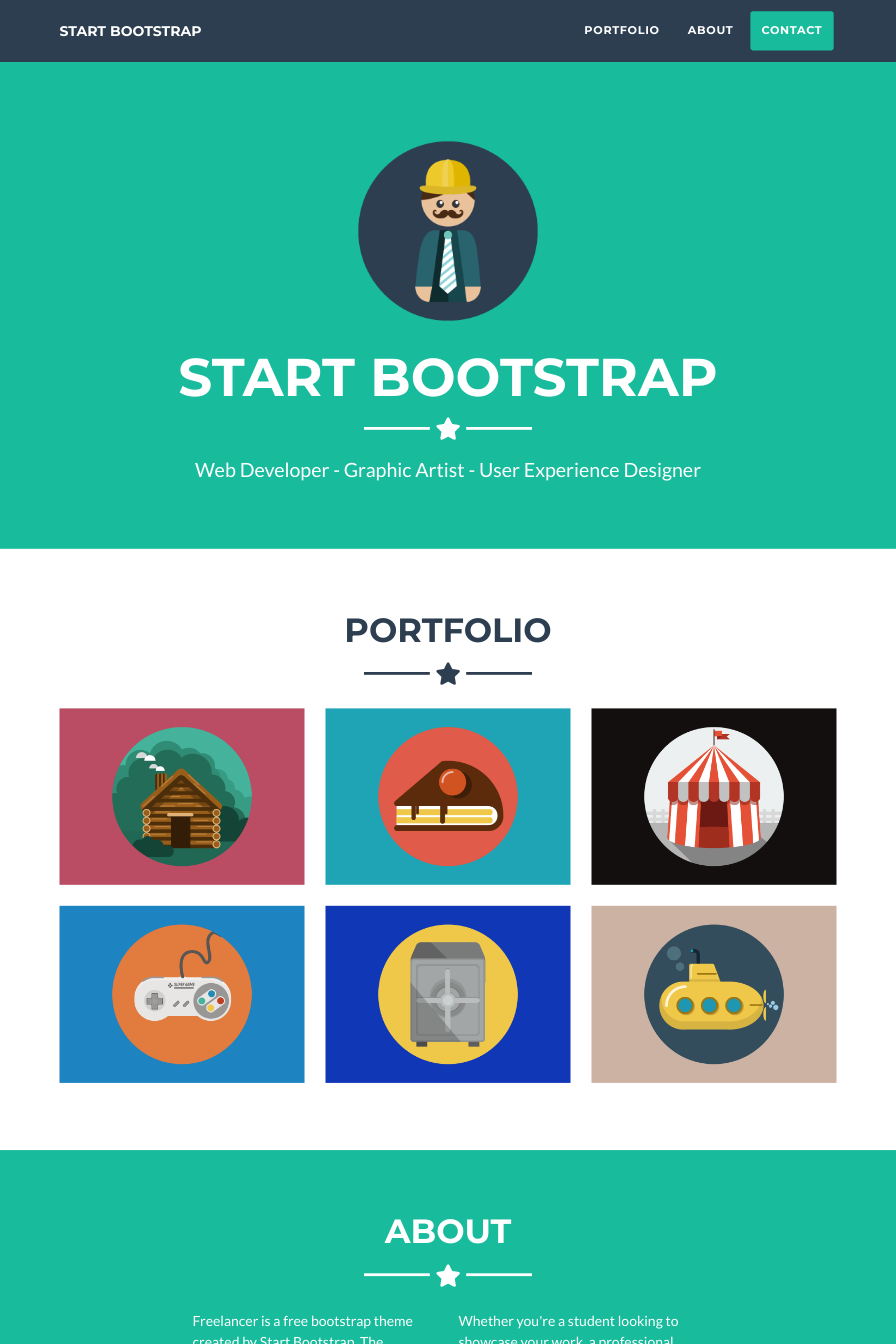
Repository: SabitDeepto/portfolio
Page: index.html
The author's editor kept a copy of each file at every save. The page is drawn from the files as they stood at one save, then again after the next save.
The browser window is 1280 px wide. The pictures show the part of the page from y = 0 to 1920 px (the page is 3596 px tall), at 70% of full size.

Above is the page before, as saved 2019-03-26 12:15:29.

### index.html
<!DOCTYPE html>
<html lang="en">

<head>

  <meta charset="utf-8">
  <meta name="viewport" content="width=device-width, initial-scale=1, shrink-to-fit=no">
  <meta name="description" content="">
  <meta name="author" content="">

  <title>Freelancer - Start Bootstrap Theme</title>

  <!-- Bootstrap core CSS -->
  <link href="vendor/bootstrap/css/bootstrap.min.css" rel="stylesheet">

  <!-- Custom fonts for this template -->
  <link href="vendor/fontawesome-free/css/all.min.css" rel="stylesheet" type="text/css">
  <link href="https://fonts.googleapis.com/css?family=Montserrat:400,700" rel="stylesheet" type="text/css">
  <link href="https://fonts.googleapis.com/css?family=Lato:400,700,400italic,700italic" rel="stylesheet" type="text/css">

  <!-- Plugin CSS -->
  <link href="vendor/magnific-popup/magnific-popup.css" rel="stylesheet" type="text/css">

  <!-- Custom styles for this template -->
  <link href="css/freelancer.min.css" rel="stylesheet">

</head>

<body id="page-top">

  <!-- Navigation -->
  <nav class="navbar navbar-expand-lg bg-secondary fixed-top text-uppercase" id="mainNav">
    <div class="container">
      <a class="navbar-brand js-scroll-trigger" href="#page-top">Start Bootstrap</a>
      <button class="navbar-toggler navbar-toggler-right text-uppercase bg-primary text-white rounded" type="button" data-toggle="collapse" data-target="#navbarResponsive" aria-controls="navbarResponsive" aria-expanded="false" aria-label="Toggle navigation">
        Menu
        <i class="fas fa-bars"></i>
      </button>
      <div class="collapse navbar-collapse" id="navbarResponsive">
        <ul class="navbar-nav ml-auto">
          <li class="nav-item mx-0 mx-lg-1">
            <a class="nav-link py-3 px-0 px-lg-3 rounded js-scroll-trigger" href="#portfolio">Portfolio</a>
          </li>
          <li class="nav-item mx-0 mx-lg-1">
            <a class="nav-link py-3 px-0 px-lg-3 rounded js-scroll-trigger" href="#about">About</a>
          </li>
          <li class="nav-item mx-0 mx-lg-1">
            <a class="nav-link py-3 px-0 px-lg-3 rounded js-scroll-trigger" href="#contact">Contact</a>
          </li>
        </ul>
      </div>
    </div>
  </nav>

  <!-- Header -->
  <header class="masthead bg-primary text-white text-center">
    <div class="container">
      <img class="img-fluid mb-5 d-block mx-auto" src="img/profile.png" alt="">
      <h1 class="text-uppercase mb-0">Start Bootstrap</h1>
      <hr class="star-light">
      <h2 class="font-weight-light mb-0">Web Developer - Graphic Artist - User Experience Designer</h2>
    </div>
  </header>

  <!-- Portfolio Grid Section -->
  <section class="portfolio" id="portfolio">
    <div class="container">
      <h2 class="text-center text-uppercase text-secondary mb-0">Portfolio</h2>
      <hr class="star-dark mb-5">
      <div class="row">
        <div class="col-md-6 col-lg-4">
          <a class="portfolio-item d-block mx-auto" href="#portfolio-modal-1">
            <div class="portfolio-item-caption d-flex position-absolute h-100 w-100">
              <div class="portfolio-item-caption-content my-auto w-100 text-center text-white">
                <i class="fas fa-search-plus fa-3x"></i>
              </div>
            </div>
            <img class="img-fluid" src="img/portfolio/cabin.png" alt="">
          </a>
        </div>
        <div class="col-md-6 col-lg-4">
          <a class="portfolio-item d-block mx-auto" href="#portfolio-modal-2">
            <div class="portfolio-item-caption d-flex position-absolute h-100 w-100">
              <div class="portfolio-item-caption-content my-auto w-100 text-center text-white">
                <i class="fas fa-search-plus fa-3x"></i>
              </div>
            </div>
            <img class="img-fluid" src="img/portfolio/cake.png" alt="">
          </a>
        </div>
        <div class="col-md-6 col-lg-4">
          <a class="portfolio-item d-block mx-auto" href="#portfolio-modal-3">
            <div class="portfolio-item-caption d-flex position-absolute h-100 w-100">
              <div class="portfolio-item-caption-content my-auto w-100 text-center text-white">
                <i class="fas fa-search-plus fa-3x"></i>
              </div>
            </div>
            <img class="img-fluid" src="img/portfolio/circus.png" alt="">
          </a>
        </div>
        <div class="col-md-6 col-lg-4">
          <a class="portfolio-item d-block mx-auto" href="#portfolio-modal-4">
            <div class="portfolio-item-caption d-flex position-absolute h-100 w-100">
              <div class="portfolio-item-caption-content my-auto w-100 text-center text-white">
                <i class="fas fa-search-plus fa-3x"></i>
              </div>
            </div>
            <img class="img-fluid" src="img/portfolio/game.png" alt="">
          </a>
        </div>
        <div class="col-md-6 col-lg-4">
          <a class="portfolio-item d-block mx-auto" href="#portfolio-modal-5">
            <div class="portfolio-item-caption d-flex position-absolute h-100 w-100">
              <div class="portfolio-item-caption-content my-auto w-100 text-center text-white">
                <i class="fas fa-search-plus fa-3x"></i>
              </div>
            </div>
            <img class="img-fluid" src="img/portfolio/safe.png" alt="">
          </a>
        </div>
        <div class="col-md-6 col-lg-4">
          <a class="portfolio-item d-block mx-auto" href="#portfolio-modal-6">
            <div class="portfolio-item-caption d-flex position-absolute h-100 w-100">
              <div class="portfolio-item-caption-content my-auto w-100 text-center text-white">
                <i class="fas fa-search-plus fa-3x"></i>
              </div>
            </div>
            <img class="img-fluid" src="img/portfolio/submarine.png" alt="">
          </a>
        </div>
      </div>
    </div>
  </section>

  <!-- About Section -->
  <section class="bg-primary text-white mb-0" id="about">
    <div class="container">
      <h2 class="text-center text-uppercase text-white">About</h2>
      <hr class="star-light mb-5">
      <div class="row">
        <div class="col-lg-4 ml-auto">
          <p class="lead">Freelancer is a free bootstrap theme created by Start Bootstrap. The download includes the complete source files including HTML, CSS, and JavaScript as well as optional LESS stylesheets for easy customization.</p>
        </div>
        <div class="col-lg-4 mr-auto">
          <p class="lead">Whether you're a student looking to showcase your work, a professional looking to attract clients, or a graphic artist looking to share your projects, this template is the perfect starting point!</p>
        </div>
      </div>
      <div class="text-center mt-4">
        <a class="btn btn-xl btn-outline-light" href="#">
          <i class="fas fa-download mr-2"></i>
          Download Now!
        </a>
      </div>
    </div>
  </section>

  <!-- Contact Section -->
  <section id="contact">
    <div class="container">
      <h2 class="text-center text-uppercase text-secondary mb-0">Contact Me</h2>
      <hr class="star-dark mb-5">
      <div class="row">
        <div class="col-lg-8 mx-auto">
          <!-- To configure the contact form email address, go to mail/contact_me.php and update the email address in the PHP file on line 19. -->
          <!-- The form should work on most web servers, but if the form is not working you may need to configure your web server differently. -->
          <form name="sentMessage" id="contactForm" novalidate="novalidate">
            <div class="control-group">
              <div class="form-group floating-label-form-group controls mb-0 pb-2">
                <label>Name</label>
                <input class="form-control" id="name" type="text" placeholder="Name" required="required" data-validation-required-message="Please enter your name.">
                <p class="help-block text-danger"></p>
              </div>
            </div>
            <div class="control-group">
              <div class="form-group floating-label-form-group controls mb-0 pb-2">
                <label>Email Address</label>
                <input class="form-control" id="email" type="email" placeholder="Email Address" required="required" data-validation-required-message="Please enter your email address.">
                <p class="help-block text-danger"></p>
              </div>
            </div>
            <div class="control-group">
              <div class="form-group floating-label-form-group controls mb-0 pb-2">
                <label>Phone Number</label>
                <input class="form-control" id="phone" type="tel" placeholder="Phone Number" required="required" data-validation-required-message="Please enter your phone number.">
                <p class="help-block text-danger"></p>
              </div>
            </div>
            <div class="control-group">
              <div class="form-group floating-label-form-group controls mb-0 pb-2">
                <label>Message</label>
                <textarea class="form-control" id="message" rows="5" placeholder="Message" required="required" data-validation-required-message="Please enter a message."></textarea>
                <p class="help-block text-danger"></p>
              </div>
            </div>
            <br>
            <div id="success"></div>
            <div class="form-group">
              <button type="submit" class="btn btn-primary btn-xl" id="sendMessageButton">Send</button>
            </div>
          </form>
        </div>
      </div>
    </div>
  </section>

  <!-- Footer -->
  <footer class="footer text-center">
    <div class="container">
      <div class="row">
        <div class="col-md-4 mb-5 mb-lg-0">
          <h4 class="text-uppercase mb-4">Location</h4>
          <p class="lead mb-0">2215 John Daniel Drive
            <br>Clark, MO 65243</p>
        </div>
        <div class="col-md-4 mb-5 mb-lg-0">
          <h4 class="text-uppercase mb-4">Around the Web</h4>
          <ul class="list-inline mb-0">
            <li class="list-inline-item">
              <a class="btn btn-outline-light btn-social text-center rounded-circle" href="#">
                <i class="fab fa-fw fa-facebook-f"></i>
              </a>
            </li>
            <li class="list-inline-item">
              <a class="btn btn-outline-light btn-social text-center rounded-circle" href="#">
                <i class="fab fa-fw fa-google-plus-g"></i>
              </a>
            </li>
            <li class="list-inline-item">
              <a class="btn btn-outline-light btn-social text-center rounded-circle" href="#">
                <i class="fab fa-fw fa-twitter"></i>
              </a>
            </li>
            <li class="list-inline-item">
              <a class="btn btn-outline-light btn-social text-center rounded-circle" href="#">
                <i class="fab fa-fw fa-linkedin-in"></i>
              </a>
            </li>
            <li class="list-inline-item">
              <a class="btn btn-outline-light btn-social text-center rounded-circle" href="#">
                <i class="fab fa-fw fa-dribbble"></i>
              </a>
            </li>
          </ul>
        </div>
        <div class="col-md-4">
          <h4 class="text-uppercase mb-4">About Freelancer</h4>
          <p class="lead mb-0">Freelance is a free to use, open source Bootstrap theme created by
            <a href="http://startbootstrap.com">Start Bootstrap</a>.</p>
        </div>
      </div>
    </div>
  </footer>

  <div class="copyright py-4 text-center text-white">
    <div class="container">
      <small>Copyright &copy; Your Website 2019</small>
    </div>
  </div>

  <!-- Scroll to Top Button (Only visible on small and extra-small screen sizes) -->
  <div class="scroll-to-top d-lg-none position-fixed ">
    <a class="js-scroll-trigger d-block text-center text-white rounded" href="#page-top">
      <i class="fa fa-chevron-up"></i>
    </a>
  </div>

  <!-- Portfolio Modals -->

  <!-- Portfolio Modal 1 -->
  <div class="portfolio-modal mfp-hide" id="portfolio-modal-1">
    <div class="portfolio-modal-dialog bg-white">
      <a class="close-button d-none d-md-block portfolio-modal-dismiss" href="#">
        <i class="fa fa-3x fa-times"></i>
      </a>
      <div class="container text-center">
        <div class="row">
          <div class="col-lg-8 mx-auto">
            <h2 class="text-secondary text-uppercase mb-0">Project Name</h2>
            <hr class="star-dark mb-5">
            <img class="img-fluid mb-5" src="img/portfolio/cabin.png" alt="">
            <p class="mb-5">Lorem ipsum dolor sit amet, consectetur adipisicing elit. Mollitia neque assumenda ipsam nihil, molestias magnam, recusandae quos quis inventore quisquam velit asperiores, vitae? Reprehenderit soluta, eos quod consequuntur itaque. Nam.</p>
            <a class="btn btn-primary btn-lg rounded-pill portfolio-modal-dismiss" href="#">
              <i class="fa fa-close"></i>
              Close Project</a>
          </div>
        </div>
      </div>
    </div>
  </div>

  <!-- Portfolio Modal 2 -->
  <div class="portfolio-modal mfp-hide" id="portfolio-modal-2">
    <div class="portfolio-modal-dialog bg-white">
      <a class="close-button d-none d-md-block portfolio-modal-dismiss" href="#">
        <i class="fa fa-3x fa-times"></i>
      </a>
      <div class="container text-center">
        <div class="row">
          <div class="col-lg-8 mx-auto">
            <h2 class="text-secondary text-uppercase mb-0">Project Name</h2>
            <hr class="star-dark mb-5">
            <img class="img-fluid mb-5" src="img/portfolio/cake.png" alt="">
            <p class="mb-5">Lorem ipsum dolor sit amet, consectetur adipisicing elit. Mollitia neque assumenda ipsam nihil, molestias magnam, recusandae quos quis inventore quisquam velit asperiores, vitae? Reprehenderit soluta, eos quod consequuntur itaque. Nam.</p>
            <a class="btn btn-primary btn-lg rounded-pill portfolio-modal-dismiss" href="#">
              <i class="fa fa-close"></i>
              Close Project</a>
          </div>
        </div>
      </div>
    </div>
  </div>

  <!-- Portfolio Modal 3 -->
  <div class="portfolio-modal mfp-hide" id="portfolio-modal-3">
    <div class="portfolio-modal-dialog bg-white">
      <a class="close-button d-none d-md-block portfolio-modal-dismiss" href="#">
        <i class="fa fa-3x fa-times"></i>
      </a>
      <div class="container text-center">
        <div class="row">
          <div class="col-lg-8 mx-auto">
            <h2 class="text-secondary text-uppercase mb-0">Project Name</h2>
            <hr class="star-dark mb-5">
            <img class="img-fluid mb-5" src="img/portfolio/circus.png" alt="">
            <p class="mb-5">Lorem ipsum dolor sit amet, consectetur adipisicing elit. Mollitia neque assumenda ipsam nihil, molestias magnam, recusandae quos quis inventore quisquam velit asperiores, vitae? Reprehenderit soluta, eos quod consequuntur itaque. Nam.</p>
            <a class="btn btn-primary btn-lg rounded-pill portfolio-modal-dismiss" href="#">
              <i class="fa fa-close"></i>
              Close Project</a>
          </div>
        </div>
      </div>
    </div>
  </div>

  <!-- Portfolio Modal 4 -->
  <div class="portfolio-modal mfp-hide" id="portfolio-modal-4">
    <div class="portfolio-modal-dialog bg-white">
      <a class="close-button d-none d-md-block portfolio-modal-dismiss" href="#">
        <i class="fa fa-3x fa-times"></i>
      </a>
      <div class="container text-center">
        <div class="row">
          <div class="col-lg-8 mx-auto">
            <h2 class="text-secondary text-uppercase mb-0">Project Name</h2>
            <hr class="star-dark mb-5">
            <img class="img-fluid mb-5" src="img/portfolio/game.png" alt="">
            <p class="mb-5">Lorem ipsum dolor sit amet, consectetur adipisicing elit. Mollitia neque assumenda ipsam nihil, molestias magnam, recusandae quos quis inventore quisquam velit asperiores, vitae? Reprehenderit soluta, eos quod consequuntur itaque. Nam.</p>
            <a class="btn btn-primary btn-lg rounded-pill portfolio-modal-dismiss" href="#">
              <i class="fa fa-close"></i>
              Close Project</a>
          </div>
        </div>
      </div>
    </div>
  </div>

  <!-- Portfolio Modal 5 -->
  <div class="portfolio-modal mfp-hide" id="portfolio-modal-5">
    <div class="portfolio-modal-dialog bg-white">
      <a class="close-button d-none d-md-block portfolio-modal-dismiss" href="#">
        <i class="fa fa-3x fa-times"></i>
      </a>
      <div class="container text-center">
        <div class="row">
          <div class="col-lg-8 mx-auto">
            <h2 class="text-secondary text-uppercase mb-0">Project Name</h2>
            <hr class="star-dark mb-5">
            <img class="img-fluid mb-5" src="img/portfolio/safe.png" alt="">
            <p class="mb-5">Lorem ipsum dolor sit amet, consectetur adipisicing elit. Mollitia neque assumenda ipsam nihil, molestias magnam, recusandae quos quis inventore quisquam velit asperiores, vitae? Reprehenderit soluta, eos quod consequuntur itaque. Nam.</p>
            <a class="btn btn-primary btn-lg rounded-pill portfolio-modal-dismiss" href="#">
              <i class="fa fa-close"></i>
              Close Project</a>
          </div>
        </div>
      </div>
    </div>
  </div>

  <!-- Portfolio Modal 6 -->
  <div class="portfolio-modal mfp-hide" id="portfolio-modal-6">
    <div class="portfolio-modal-dialog bg-white">
      <a class="close-button d-none d-md-block portfolio-modal-dismiss" href="#">
        <i class="fa fa-3x fa-times"></i>
      </a>
      <div class="container text-center">
        <div class="row">
          <div class="col-lg-8 mx-auto">
            <h2 class="text-secondary text-uppercase mb-0">Project Name</h2>
            <hr class="star-dark mb-5">
            <img class="img-fluid mb-5" src="img/portfolio/submarine.png" alt="">
            <p class="mb-5">Lorem ipsum dolor sit amet, consectetur adipisicing elit. Mollitia neque assumenda ipsam nihil, molestias magnam, recusandae quos quis inventore quisquam velit asperiores, vitae? Reprehenderit soluta, eos quod consequuntur itaque. Nam.</p>
            <a class="btn btn-primary btn-lg rounded-pill portfolio-modal-dismiss" href="#">
              <i class="fa fa-close"></i>
              Close Project</a>
          </div>
        </div>
      </div>
    </div>
  </div>

  <!-- Bootstrap core JavaScript -->
  <script src="vendor/jquery/jquery.min.js"></script>
  <script src="vendor/bootstrap/js/bootstrap.bundle.min.js"></script>

  <!-- Plugin JavaScript -->
  <script src="vendor/jquery-easing/jquery.easing.min.js"></script>
  <script src="vendor/magnific-popup/jquery.magnific-popup.min.js"></script>

  <!-- Contact Form JavaScript -->
  <script src="js/jqBootstrapValidation.js"></script>
  <script src="js/contact_me.js"></script>

  <!-- Custom scripts for this template -->
  <script src="js/freelancer.min.js"></script>

</body>

</html>

Loaded but not shown: vendor/bootstrap/css/bootstrap.min.css (library); vendor/fontawesome-free/css/all.min.css (library); vendor/magnific-popup/magnific-popup.css (library); css/freelancer.min.css (library); vendor/jquery/jquery.min.js (library); vendor/bootstrap/js/bootstrap.bundle.min.js (library); vendor/jquery-easing/jquery.easing.min.js (common file); vendor/magnific-popup/jquery.magnific-popup.min.js (library); js/freelancer.min.js (common file); js/jqBootstrapValidation.js (912 lines, source omitted); js/contact_me.js (75 lines, source omitted)

After the next save:
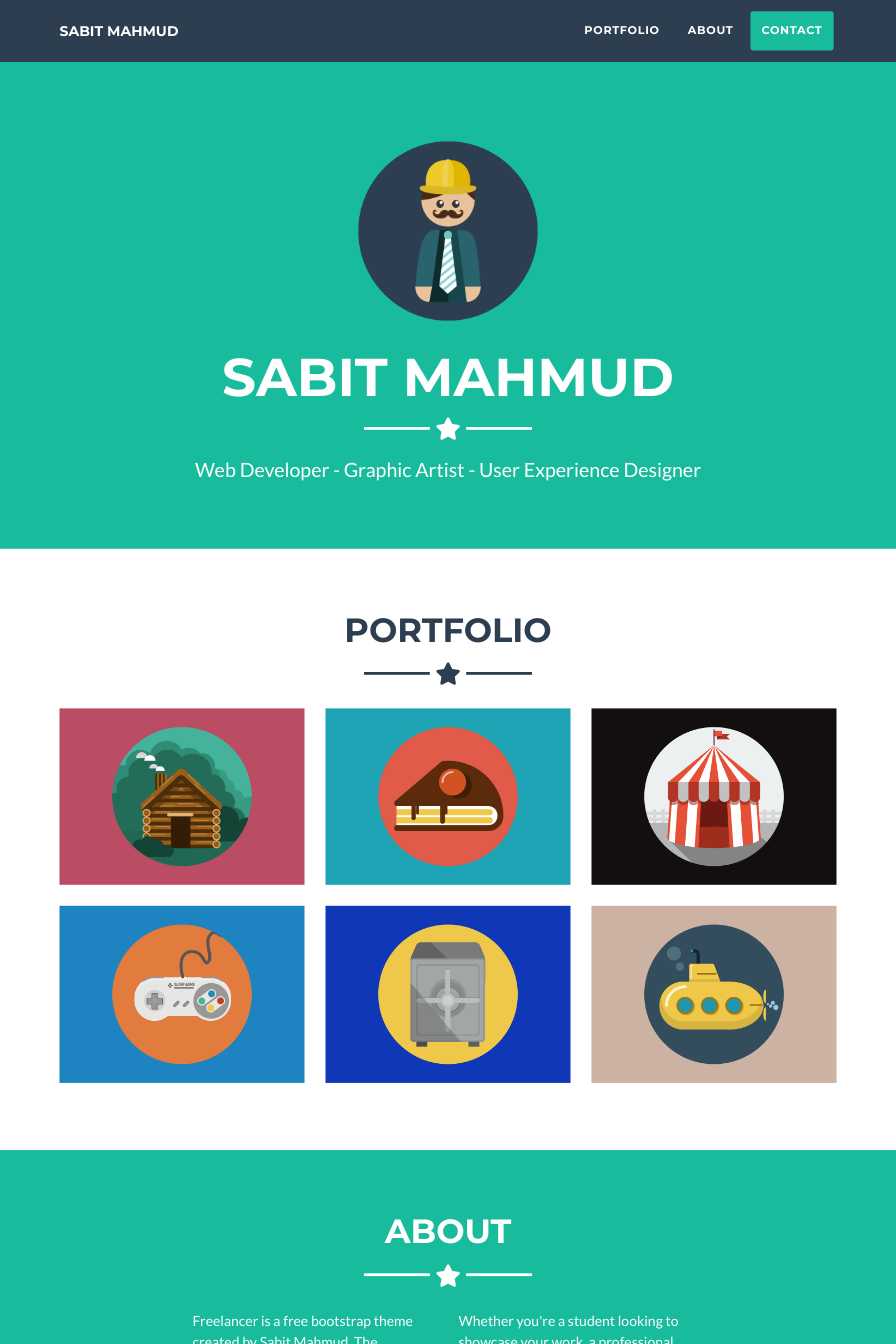
Saved 9 days later.
--- a/index.html
+++ b/index.html
@@ -8,7 +8,7 @@
   <meta name="description" content="">
   <meta name="author" content="">
 
-  <title>Freelancer - Start Bootstrap Theme</title>
+  <title>Sabit Mahmud</title>
 
   <!-- Bootstrap core CSS -->
   <link href="vendor/bootstrap/css/bootstrap.min.css" rel="stylesheet">
@@ -31,7 +31,7 @@
   <!-- Navigation -->
   <nav class="navbar navbar-expand-lg bg-secondary fixed-top text-uppercase" id="mainNav">
     <div class="container">
-      <a class="navbar-brand js-scroll-trigger" href="#page-top">Start Bootstrap</a>
+      <a class="navbar-brand js-scroll-trigger" href="#page-top">Sabit Mahmud</a>
       <button class="navbar-toggler navbar-toggler-right text-uppercase bg-primary text-white rounded" type="button" data-toggle="collapse" data-target="#navbarResponsive" aria-controls="navbarResponsive" aria-expanded="false" aria-label="Toggle navigation">
         Menu
         <i class="fas fa-bars"></i>
@@ -56,7 +56,7 @@
   <header class="masthead bg-primary text-white text-center">
     <div class="container">
       <img class="img-fluid mb-5 d-block mx-auto" src="img/profile.png" alt="">
-      <h1 class="text-uppercase mb-0">Start Bootstrap</h1>
+      <h1 class="text-uppercase mb-0">Sabit Mahmud</h1>
       <hr class="star-light">
       <h2 class="font-weight-light mb-0">Web Developer - Graphic Artist - User Experience Designer</h2>
     </div>
@@ -139,7 +139,7 @@
       <hr class="star-light mb-5">
       <div class="row">
         <div class="col-lg-4 ml-auto">
-          <p class="lead">Freelancer is a free bootstrap theme created by Start Bootstrap. The download includes the complete source files including HTML, CSS, and JavaScript as well as optional LESS stylesheets for easy customization.</p>
+          <p class="lead">Freelancer is a free bootstrap theme created by Sabit Mahmud. The download includes the complete source files including HTML, CSS, and JavaScript as well as optional LESS stylesheets for easy customization.</p>
         </div>
         <div class="col-lg-4 mr-auto">
           <p class="lead">Whether you're a student looking to showcase your work, a professional looking to attract clients, or a graphic artist looking to share your projects, this template is the perfect starting point!</p>
@@ -245,7 +245,7 @@
         <div class="col-md-4">
           <h4 class="text-uppercase mb-4">About Freelancer</h4>
           <p class="lead mb-0">Freelance is a free to use, open source Bootstrap theme created by
-            <a href="http://startbootstrap.com">Start Bootstrap</a>.</p>
+            <a href="http://startbootstrap.com">Sabit Mahmud</a>.</p>
         </div>
       </div>
     </div>
